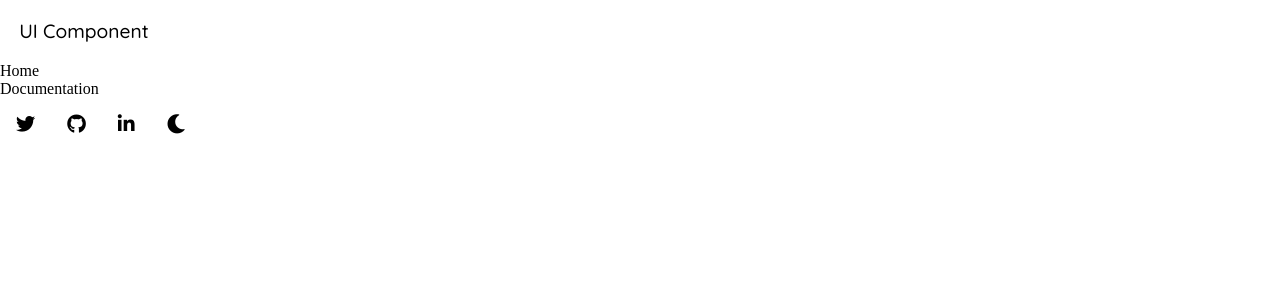
Repository: anuj-kumary/cmp-liab
Page: index.html
The author's editor kept a copy of each file at every save. The page is drawn from the files as they stood at one save, then again after the next save.
The browser window is 1280 px wide. The pictures show the whole page.
Some web libraries are served in a nearby version.

Above is the page before, as saved 2022-01-13 21:02:36.

### index.html
<!DOCTYPE html>
<html lang="en">

<head>
    <meta charset="UTF-8">
    <meta http-equiv="X-UA-Compatible" content="IE=edge">
    <meta name="viewport" content="width=device-width, initial-scale=1.0">
    <title>U&I | Home</title>
    <link rel="stylesheet" href="style.css">
    <link rel="stylesheet" href="https://cdnjs.cloudflare.com/ajax/libs/font-awesome/5.10.0/css/all.min.css" integrity="sha512-PgQMlq+nqFLV4ylk1gwUOgm6CtIIXkKwaIHp/PAIWHzig/lKZSEGKEysh0TCVbHJXCLN7WetD8TFecIky75ZfQ==" crossorigin="anonymous" referrerpolicy="no-referrer" />
</head>
<body>
<nav>
    <div class="navbar">
        <p class="logo">UI Component</p>
        <p>Home</p>
        <p>Documentation</p>
    </div>
    <ul class="social-Link">
        <li><i class="fab fa-twitter"></i></li>
        <li><i class="fab fa-github"></i></li>
        <li><i class="fab fa-linkedin-in"></i></li>
        <li><i class="fas fa-moon"></i></i></li>
    </ul>
</nav>

</body>
</html>

### style.css
@import url('https://fonts.googleapis.com/css2?family=Montserrat:wght@300;500;600&family=Quicksand:wght@300;400;500;600;700&display=swap');
*{
    margin: 0;
    padding: 0;
    box-sizing: border-box;
}
:root {
   --font-family: 'Quicksand', sans-serif;
  }
body{
    min-height: 100vh;
    width: 100vw;
}
nav,{
    display: flex;
    justify-content: space-between;
    align-items: center;
    height: 9vh;
    background: #fcfcfc;
    box-shadow: rgba(0, 0, 0, 0.1) 0px 0px 5px 0px, rgba(0, 0, 0, 0.1) 0px 0px 1px 0px;
}
.logo{
    font-size: 1.2rem;
    padding: 1.2rem;
    font-family: var(--font-family);
    font-weight: 500;
}
.social-Link{
    display: flex;
}
li{
    list-style-type: none;
    justify-items: center;
    padding: 1rem;
    font-size: 1.2rem;
    cursor: pointer;
}
li:hover{
    color: #dc143c;
}

After the next save:
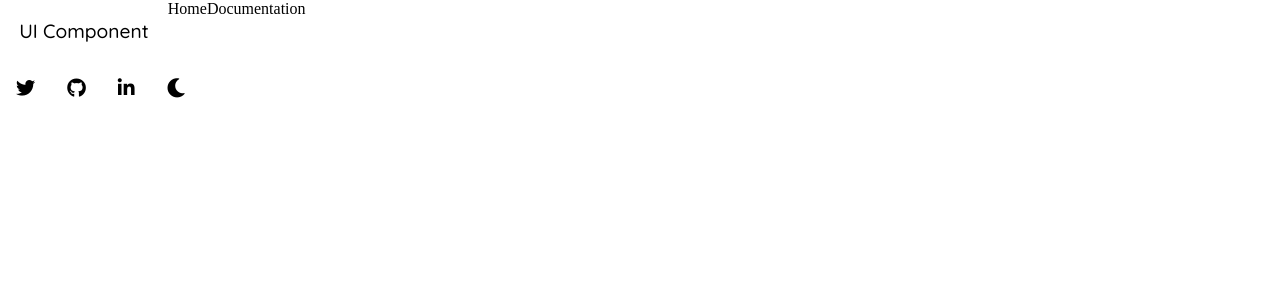
Saved 7 s later.
--- a/style.css
+++ b/style.css
@@ -25,7 +25,7 @@ nav,{
     font-family: var(--font-family);
     font-weight: 500;
 }
-.social-Link{
+.social-Link,.navbar{
     display: flex;
 }
 li{
